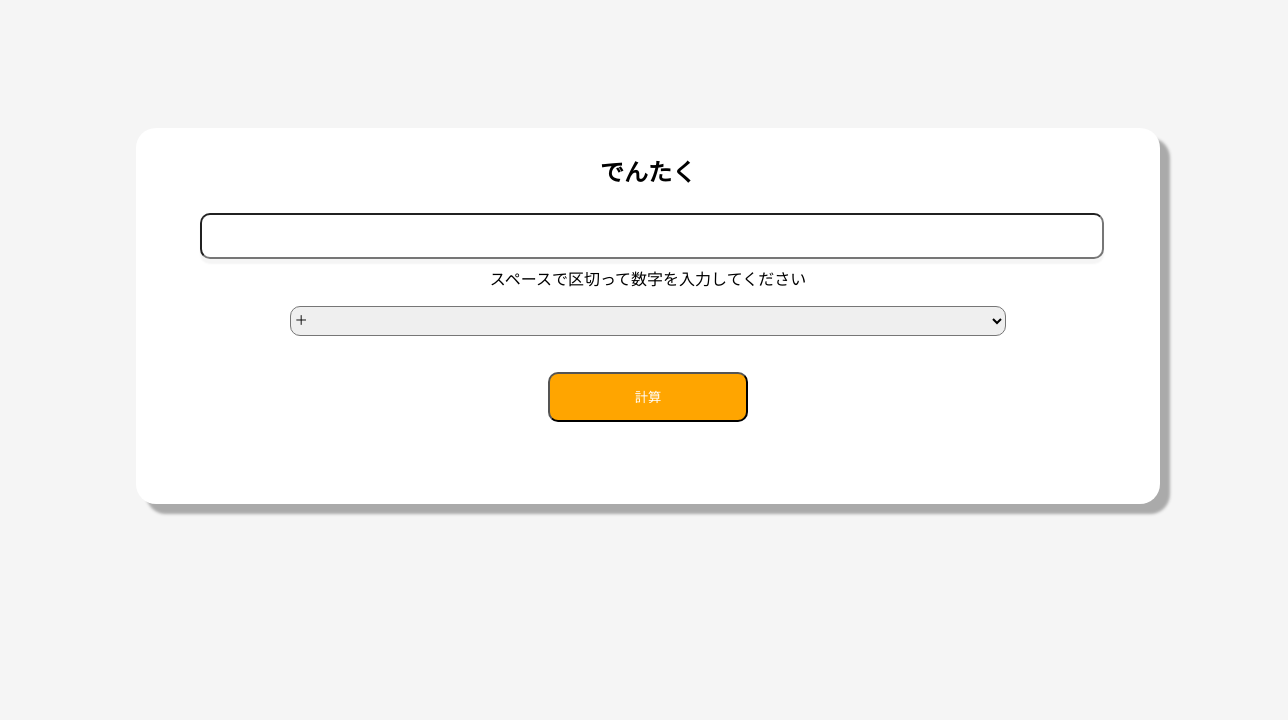
Repository: yuuukihara/test2
Page: http://localhost/dentaku2/
An editor plug-in stored every save of this project. The page is shown before and after the next save, followed by the edit.
The browser window is 1280 px wide. The page is 1288 px wide, so the pictures cover 1288 px, including what lies to the right of the window. The pictures show the whole page.
The page is served by Tomcat 9.

Above is the page before, as saved 2018-09-10 06:40:07.

After the next save:
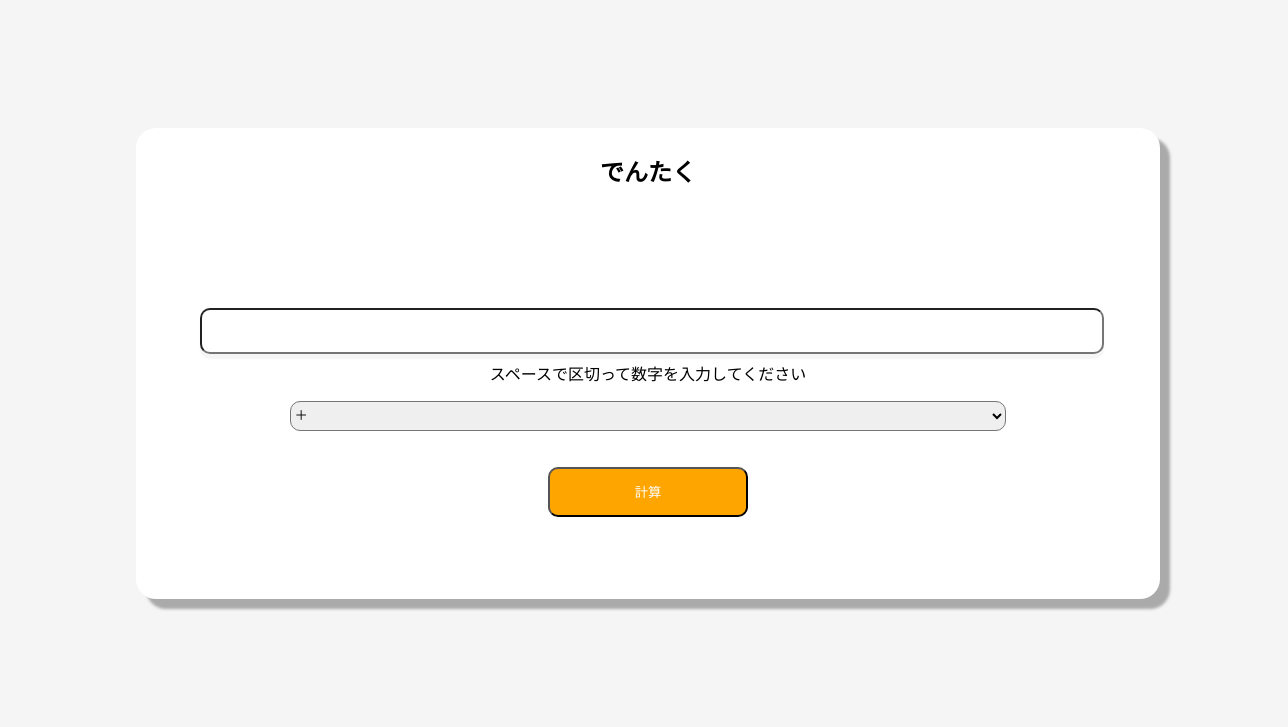
Saved 7 s later.
--- a/dentaku2/WebContent/css/Style.css
+++ b/dentaku2/WebContent/css/Style.css
@@ -17,7 +17,7 @@
 .top{
 	font-family:"Zapfino";
 	color:whit;
-	padding-bottom:5px;
+	padding-bottom:100px;
 }
 .input{
 	height:40px;

After the save that followed:
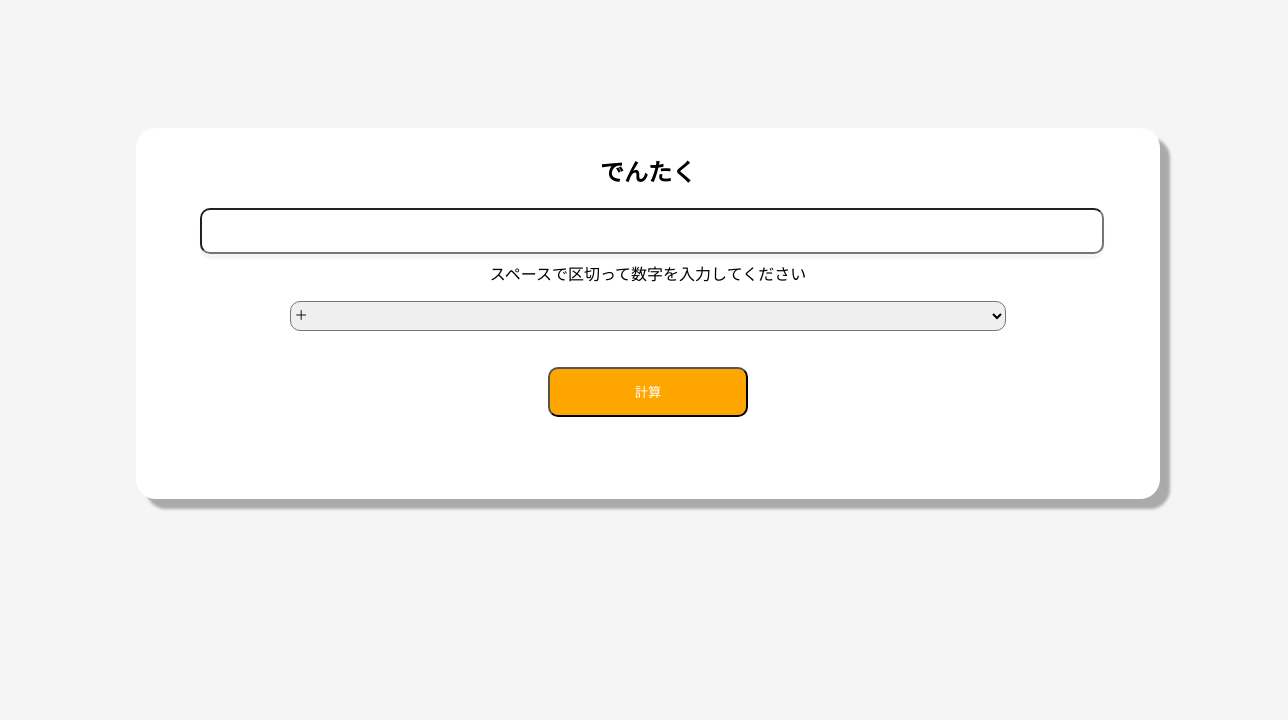
Saved 9 s later.
--- a/dentaku2/WebContent/css/Style.css
+++ b/dentaku2/WebContent/css/Style.css
@@ -17,7 +17,7 @@
 .top{
 	font-family:"Zapfino";
 	color:whit;
-	padding-bottom:100px;
+	padding-bottom:0px;
 }
 .input{
 	height:40px;
